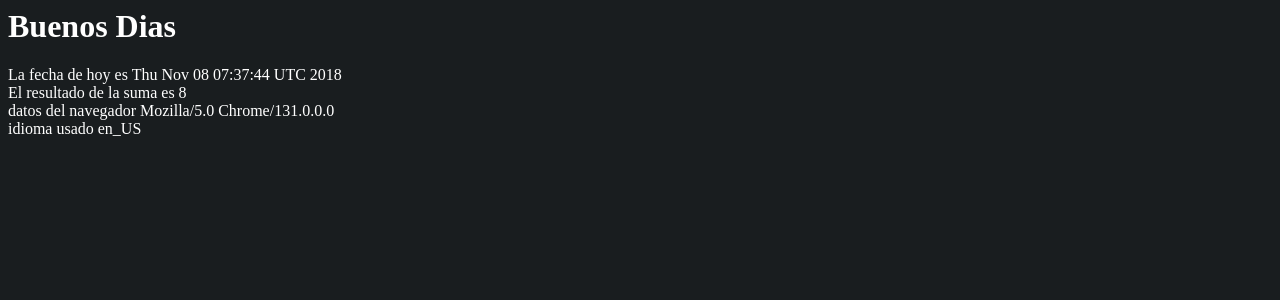
Repository: rengifolu/Blog
Page: http://localhost/PrimerosPasosJSP/saludo.jsp
The author's editor kept a copy of each file at every save. The page is drawn from the files as they stood at one save, then again after the next save.
The browser window is 1280 px wide. The pictures show the whole page.
The page is served by Tomcat 9.

Above is the page before, as saved 2018-11-09 09:22:45.

After the next save:
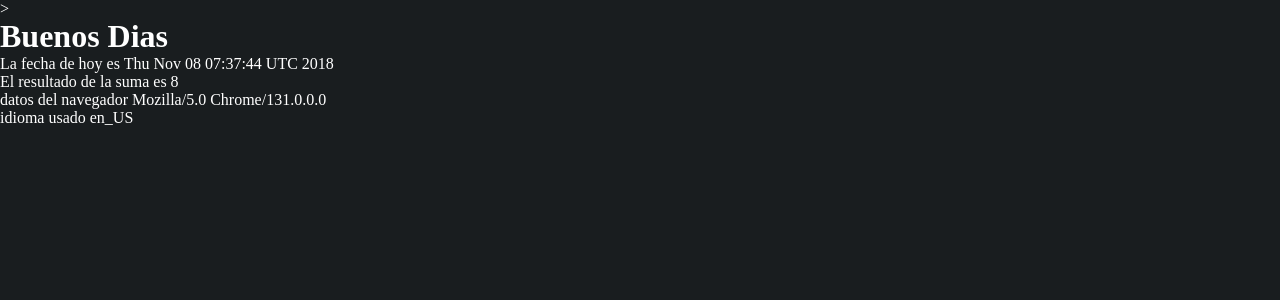
Saved 110 s later.
--- a/PrimerosPasosJSP/WebContent/saludo.jsp
+++ b/PrimerosPasosJSP/WebContent/saludo.jsp
@@ -1,6 +1,10 @@
 <%@page import="diego.com.calculos.*"%>
 <%@page import="java.util.Date"%>
 <html>
+
+<head>
+   <link href="style.css" rel="stylesheet" >>
+</head>
 
 <body style="background:#191D1F ; color:white">
   <h1>
